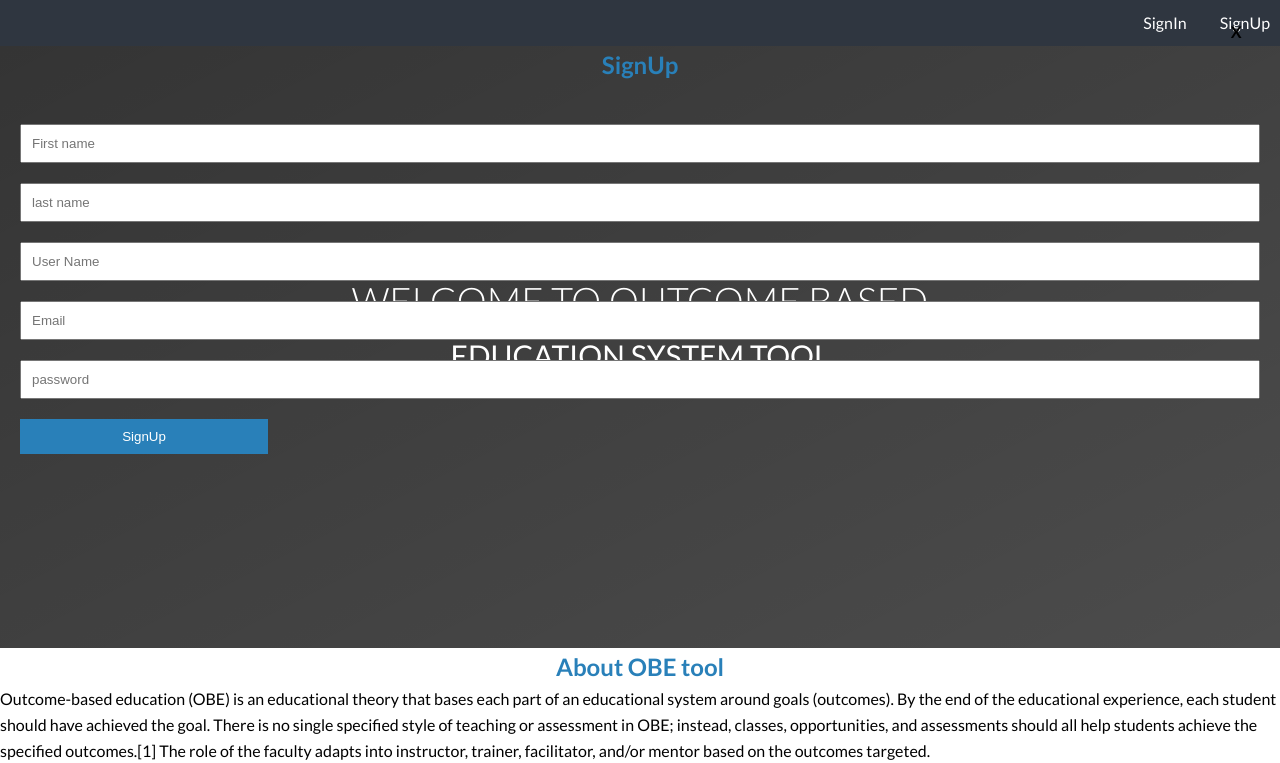
Repository: iamiftikhara/Outcome-based-education
Page: http://localhost/obe_project/
These files come from the project's save history. The page is drawn as it stood at one moment and after the next save; the edit follows.
The browser window is 1280 px wide. The pictures show the whole page.
The page is served by Tomcat 9.

Above is the page before, as saved 2019-11-22 17:45:54.
Not found: obe project/obe_project/images/vasily-koloda-8CqDvPuo_kI-unsplash.jpg

After the next save:
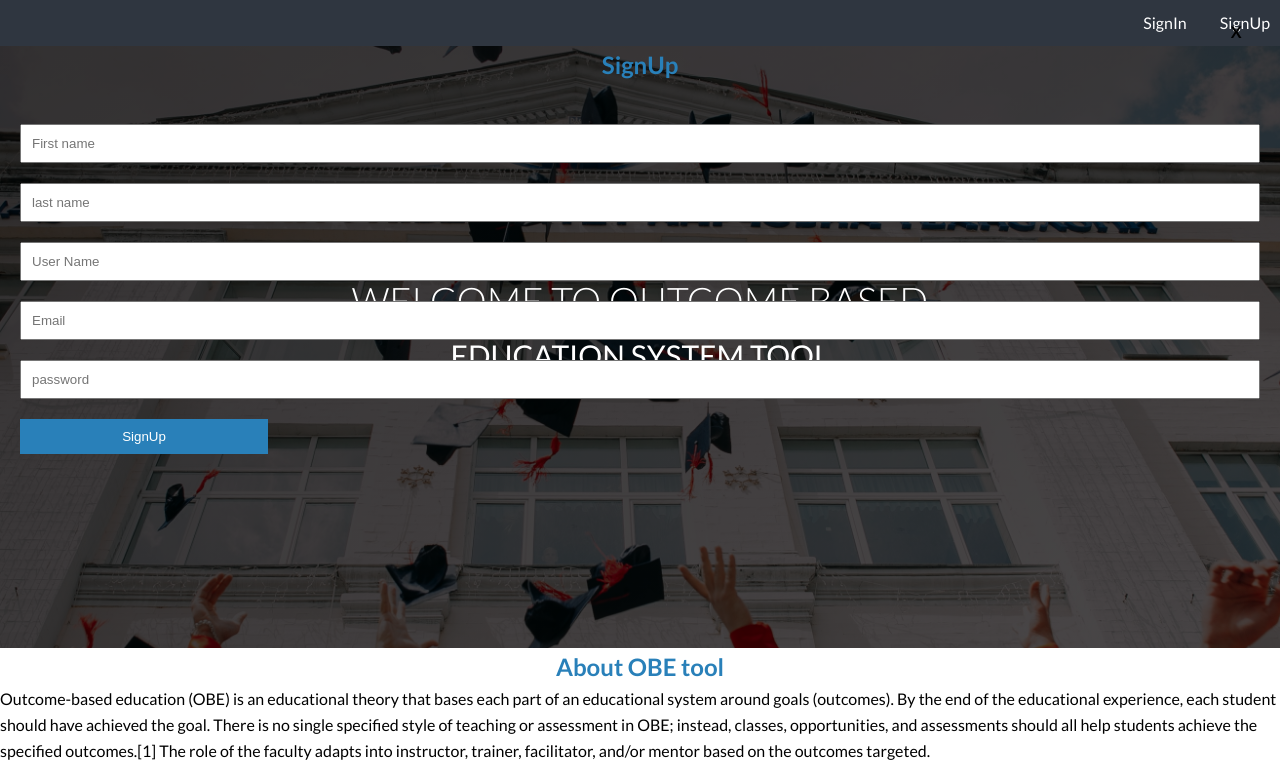
Saved 5 min 39 s later.
--- a/obe project/WebContent/style.css
+++ b/obe project/WebContent/style.css
@@ -15,7 +15,7 @@ body{
 .header{
     position: relative;
     background-image: linear-gradient(to bottom right,rgba(0,0,0,.8),rgba(0,0,0,.7)),
-    url(images/vasily-koloda-8CqDvPuo_kI-unsplash.jpg);
+    url(image/vasily-koloda-8CqDvPuo_kI-unsplash.jpg);
     height: 90vh;
     background-size: cover;
 }
